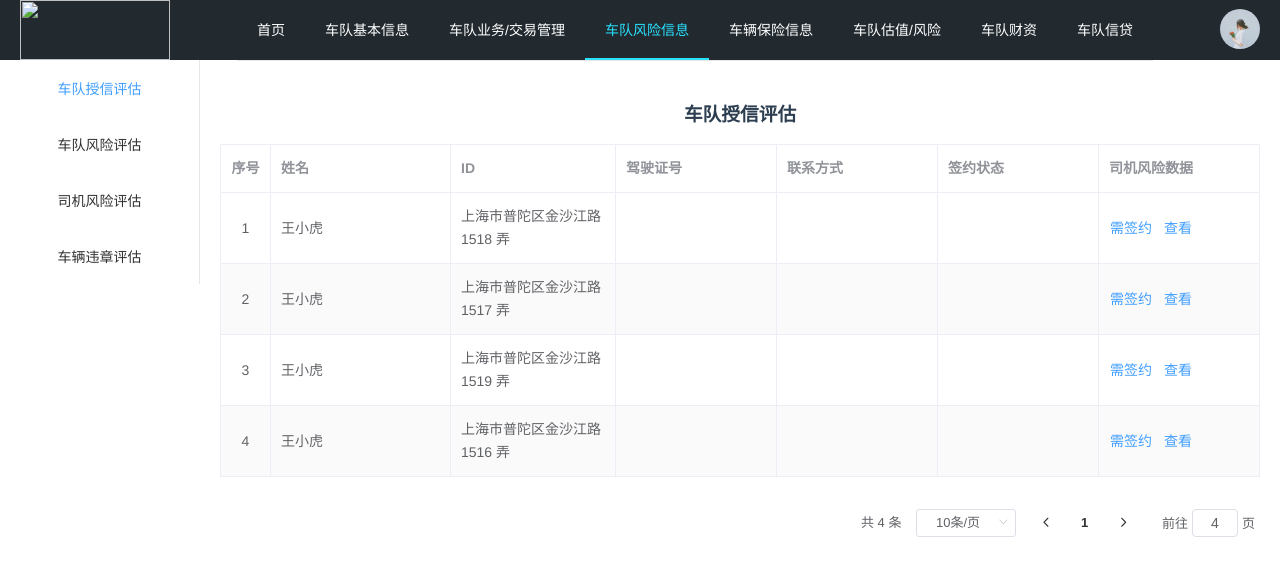
Repository: TheWomanLiketheWind/woodpecker
Page: /
The author's editor kept a copy of each file at every save. The page is drawn from the files as they stood at one save, then again after the next save.
The browser window is 1280 px wide. The pictures show the whole page.
The project was rebuilt for these pictures with package versions that can differ from the ones it lists, and the page was loaded fresh each time. Also part of the build but not shown: src/views/menuThird.vue.

Above is the page before, as saved 2019-07-25 21:02:50.

After the next save:
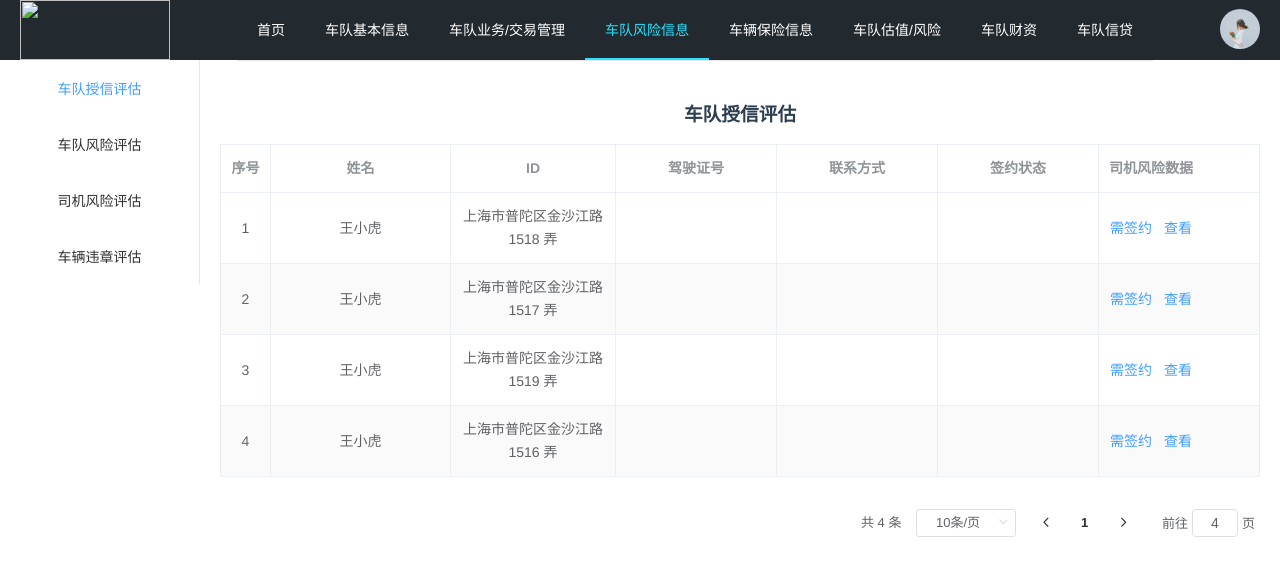
Saved 23 s later.
--- a/src/views/menuSecond.vue
+++ b/src/views/menuSecond.vue
@@ -17,7 +17,6 @@
       <el-table :data="tableData"
                 border
                 stripe
-                center
                 style="width: 100%">
         <el-table-column type="index"
                          label="序号"
@@ -26,15 +25,20 @@
         </el-table-column>
         <el-table-column prop="name"
                          label="姓名"
-                         width="180" />
+                         width="180"
+                         align="center" />
         <el-table-column prop="address"
-                         label="ID" />
+                         label="ID"
+                         align="center" />
         <el-table-column prop="driveID"
-                         label="驾驶证号" />
+                         label="驾驶证号"
+                         align="center" />
         <el-table-column prop="tel"
-                         label="联系方式" />
+                         label="联系方式"
+                         align="center" />
         <el-table-column prop="signType"
-                         label="签约状态" />
+                         label="签约状态"
+                         align="center" />
         <el-table-column label="司机风险数据">
           <template>
             <el-button type="text">需签约</el-button>
